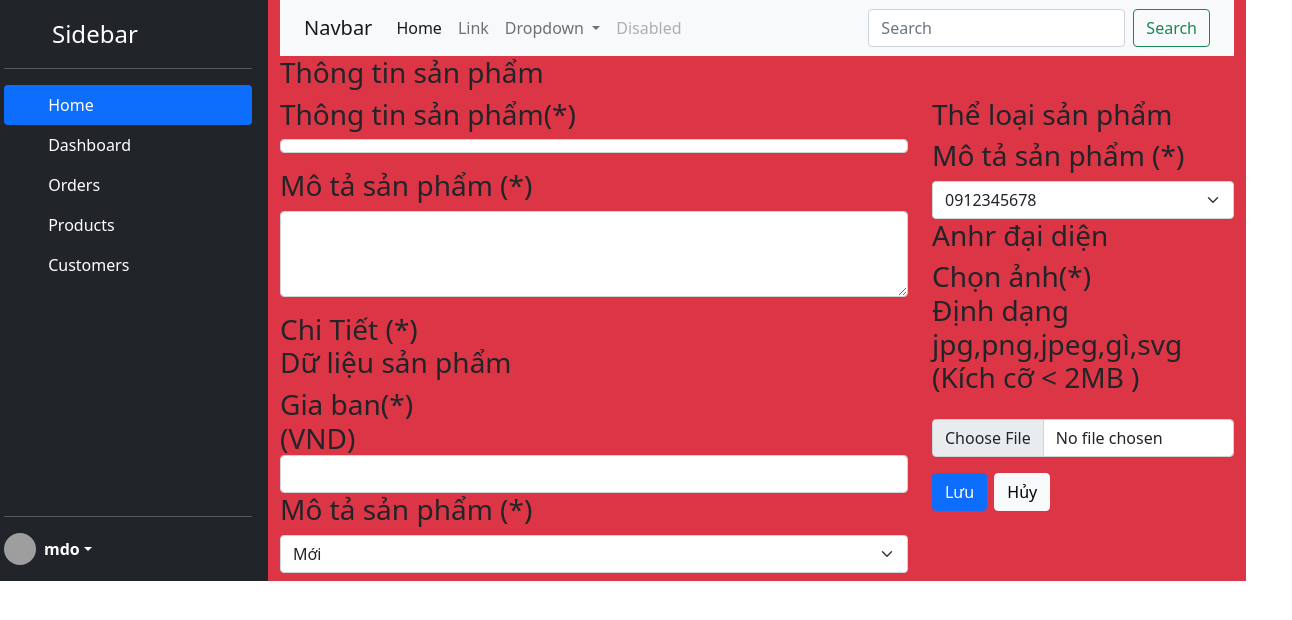
Repository: Lehuyhuynh/BT12-BOOTSTRAP
Page: index.html
An editor plug-in stored every save of this project. The page is shown before and after a run of saves, followed by the edit.
The browser window is 1280 px wide. The page is 1292 px wide, so the pictures cover 1292 px, including what lies to the right of the window. The pictures show the whole page.
Pictures or frames that could not be fetched are drawn as grey boxes.

Above is the page before, as saved 2023-08-19 23:02:26.

### index.html
<!DOCTYPE html>
<html lang="en">
<head>
  <link href="https://cdn.jsdelivr.net/npm/bootstrap@5.1.3/dist/css/bootstrap.min.css" rel="stylesheet" integrity="sha384-1BmE4kWBq78iYhFldvKuhfTAU6auU8tT94WrHftjDbrCEXSU1oBoqyl2QvZ6jIW3" crossorigin="anonymous">
  <meta charset="UTF-8">
  <meta name="viewport" content="width=device-width, initial-scale=1.0">
  <title>BT2</title>
</head>
<body>
  <div class="row">
    <div class=" col-3 d-flex flex-column flex-shrink-0 p-3 text-white bg-dark rounded-lg" style="width: 280px;">
      <a href="/" class="d-flex align-items-center mb-3 mb-md-0 me-md-auto text-white text-decoration-none">
        <svg class="bi me-2" width="40" height="32"><use xlink:href="#bootstrap"></use></svg>
        <span class="fs-4">Sidebar</span>
      </a>
      <hr>
      <ul class="nav nav-pills flex-column mb-auto">
        <li class="nav-item">
          <a href="#" class="nav-link active" aria-current="page">
            <svg class="bi me-2" width="16" height="16"><use xlink:href="#home"></use></svg>
            Home
          </a>
        </li>
        <li>
          <a href="#" class="nav-link text-white">
            <svg class="bi me-2" width="16" height="16"><use xlink:href="#speedometer2"></use></svg>
            Dashboard
          </a>
        </li>
        <li>
          <a href="#" class="nav-link text-white">
            <svg class="bi me-2" width="16" height="16"><use xlink:href="#table"></use></svg>
            Orders
          </a>
        </li>
        <li>
          <a href="#" class="nav-link text-white">
            <svg class="bi me-2" width="16" height="16"><use xlink:href="#grid"></use></svg>
            Products
          </a>
        </li>
        <li>
          <a href="#" class="nav-link text-white">
            <svg class="bi me-2" width="16" height="16"><use xlink:href="#people-circle"></use></svg>
            Customers
          </a>
        </li>
      </ul>
      <hr>
      <div class="dropdown">
        <a href="#" class="d-flex align-items-center text-white text-decoration-none dropdown-toggle" id="dropdownUser1" data-bs-toggle="dropdown" aria-expanded="false">
          <img src="https://github.com/mdo.png" alt="" width="32" height="32" class="rounded-circle me-2">
          <strong>mdo</strong>
        </a>
        <ul class="dropdown-menu dropdown-menu-dark text-small shadow" aria-labelledby="dropdownUser1" style="">
          <li><a class="dropdown-item" href="#">New project...</a></li>
          <li><a class="dropdown-item" href="#">Settings</a></li>
          <li><a class="dropdown-item" href="#">Profile</a></li>
          <li><hr class="dropdown-divider"></li>
          <li><a class="dropdown-item" href="#">Sign out</a></li>
        </ul>
      </div>
    </div>
    <div class="main-content bg-danger col-9" >
      <nav class="navbar navbar-expand-lg navbar-light bg-light">
        <div class="container-fluid">
          <a class="navbar-brand" href="#">Navbar</a>
          <button class="navbar-toggler" type="button" data-bs-toggle="collapse" data-bs-target="#navbarSupportedContent" aria-controls="navbarSupportedContent" aria-expanded="false" aria-label="Toggle navigation">
            <span class="navbar-toggler-icon"></span>
          </button>
          <div class="collapse navbar-collapse" id="navbarSupportedContent">
            <ul class="navbar-nav me-auto mb-2 mb-lg-0">
              <li class="nav-item">
                <a class="nav-link active" aria-current="page" href="#">Home</a>
              </li>
              <li class="nav-item">
                <a class="nav-link" href="#">Link</a>
              </li>
              <li class="nav-item dropdown">
                <a class="nav-link dropdown-toggle" href="#" id="navbarDropdown" role="button" data-bs-toggle="dropdown" aria-expanded="false">
                  Dropdown
                </a>
                <ul class="dropdown-menu" aria-labelledby="navbarDropdown">
                  <li><a class="dropdown-item" href="#">Action</a></li>
                  <li><a class="dropdown-item" href="#">Another action</a></li>
                  <li><hr class="dropdown-divider"></li>
                  <li><a class="dropdown-item" href="#">Something else here</a></li>
                </ul>
              </li>
              <li class="nav-item">
                <a class="nav-link disabled" href="#" tabindex="-1" aria-disabled="true">Disabled</a>
              </li>
            </ul>
            <form class="d-flex">
              <input class="form-control me-2" type="search" placeholder="Search" aria-label="Search">
              <button class="btn btn-outline-success" type="submit">Search</button>
            </form>
          </div>
        </div>
      </nav>

      <div class="row">

        <h3>Thông tin sản phẩm<h3>

          <div class="row">
            <div class="more col-8">

              <div class="product">

                <div class="mb-3">
                  <label for="information" class="form-label">Thông tin sản phẩm(*)</label>
                  <table class="form-control" id="information" name="information" rows="3"></table>
                </div>

                <div class="mb-3">
                  <label for="exampleFormControlTextarea1" class="form-label">Mô tả sản phẩm (*)</label>
                  <textarea class="form-control" id="exampleFormControlTextarea1" rows="3"></textarea>
                </div>

                <span>Chi Tiết (*) </span><br>

              </div>

              <div class="data">

                <h3>Dữ liệu sản phẩm</h3>

                <label for="data">Gia ban(*)<br> (VND)</label>
                <input class="form-control" type="text" placeholder="" id="data" aria-label="default input example">


                <div class="pregnancy">
                  <label for="pregnancy" class="form-label">Mô tả sản phẩm (*)</label>

                <select id="pregnancy" class="form-select" aria-label="Default select example">

                  <option value="1">Mới</option>
                  <option value="2">Cũ</option>

                </select>
                </div>

              </div>

            </div>

            <div class="category col-4">

              <div class="cate">

                <h3>Thể loại sản phẩm</h3>
                <div class="phone">
                  <label for="phone" class="form-label">Mô tả sản phẩm (*)</label>

                <select id="phone" class="form-select" aria-label="Default select example">

                  <option value="1">0912345678</option>
                  <option value="2">0123456789</option>
                  <option value="3">1234567890</option>
                </select>
                </div>

              </div>

              <div class="img">

                <h3>Anhr đại diện</h3>
                <div class="mb-3">
                  <label for="formFile" class="form-label">Chọn ảnh(*)
                    <p>Định dạng jpg,png,jpeg,gì,svg (Kích cỡ < 2MB )    </p>
                  </label>
                  <input class="form-control" type="file" id="formFile">
                </div>
              </div>

              <button type="button" class="btn btn-primary">Lưu</button>
              <button type="button" class="btn btn-light">Hủy</button>
            </div>
          </div>






      </div>
    </div>


  </div>

  <script src="https://cdn.jsdelivr.net/npm/bootstrap@5.1.3/dist/js/bootstrap.bundle.min.js" integrity="sha384-ka7Sk0Gln4gmtz2MlQnikT1wXgYsOg+OMhuP+IlRH9sENBO0LRn5q+8nbTov4+1p" crossorigin="anonymous"></script>
</body>
</html>

After the next 3 saves:
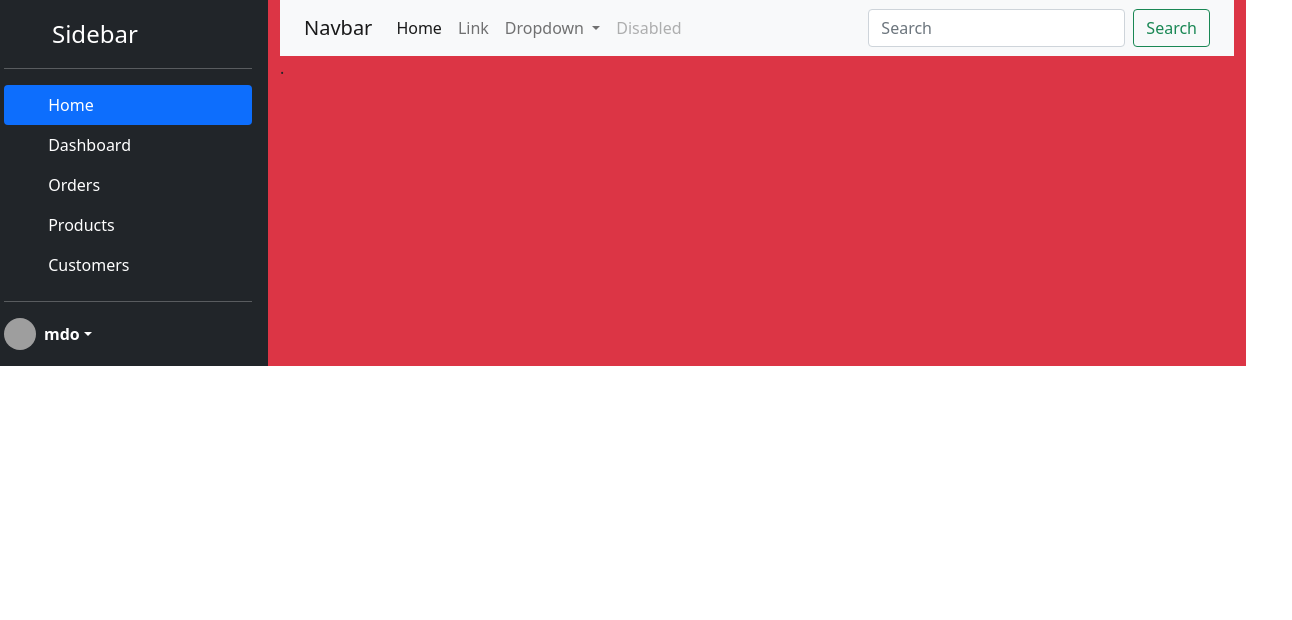
The 3 saves are shown as one change because they came seconds apart.
The last was saved 40 s later.
--- a/index.html
+++ b/index.html
@@ -99,92 +99,7 @@
         </div>
       </nav>
 
-      <div class="row">
-
-        <h3>Thông tin sản phẩm<h3>
-
-          <div class="row">
-            <div class="more col-8">
-
-              <div class="product">
-
-                <div class="mb-3">
-                  <label for="information" class="form-label">Thông tin sản phẩm(*)</label>
-                  <table class="form-control" id="information" name="information" rows="3"></table>
-                </div>
-
-                <div class="mb-3">
-                  <label for="exampleFormControlTextarea1" class="form-label">Mô tả sản phẩm (*)</label>
-                  <textarea class="form-control" id="exampleFormControlTextarea1" rows="3"></textarea>
-                </div>
-
-                <span>Chi Tiết (*) </span><br>
-
-              </div>
-
-              <div class="data">
-
-                <h3>Dữ liệu sản phẩm</h3>
-
-                <label for="data">Gia ban(*)<br> (VND)</label>
-                <input class="form-control" type="text" placeholder="" id="data" aria-label="default input example">
-
-
-                <div class="pregnancy">
-                  <label for="pregnancy" class="form-label">Mô tả sản phẩm (*)</label>
-
-                <select id="pregnancy" class="form-select" aria-label="Default select example">
-
-                  <option value="1">Mới</option>
-                  <option value="2">Cũ</option>
-
-                </select>
-                </div>
-
-              </div>
-
-            </div>
-
-            <div class="category col-4">
-
-              <div class="cate">
-
-                <h3>Thể loại sản phẩm</h3>
-                <div class="phone">
-                  <label for="phone" class="form-label">Mô tả sản phẩm (*)</label>
-
-                <select id="phone" class="form-select" aria-label="Default select example">
-
-                  <option value="1">0912345678</option>
-                  <option value="2">0123456789</option>
-                  <option value="3">1234567890</option>
-                </select>
-                </div>
-
-              </div>
-
-              <div class="img">
-
-                <h3>Anhr đại diện</h3>
-                <div class="mb-3">
-                  <label for="formFile" class="form-label">Chọn ảnh(*)
-                    <p>Định dạng jpg,png,jpeg,gì,svg (Kích cỡ < 2MB )    </p>
-                  </label>
-                  <input class="form-control" type="file" id="formFile">
-                </div>
-              </div>
-
-              <button type="button" class="btn btn-primary">Lưu</button>
-              <button type="button" class="btn btn-light">Hủy</button>
-            </div>
-          </div>
-
-
-
-
-
-
-      </div>
+      .
     </div>
 
 
